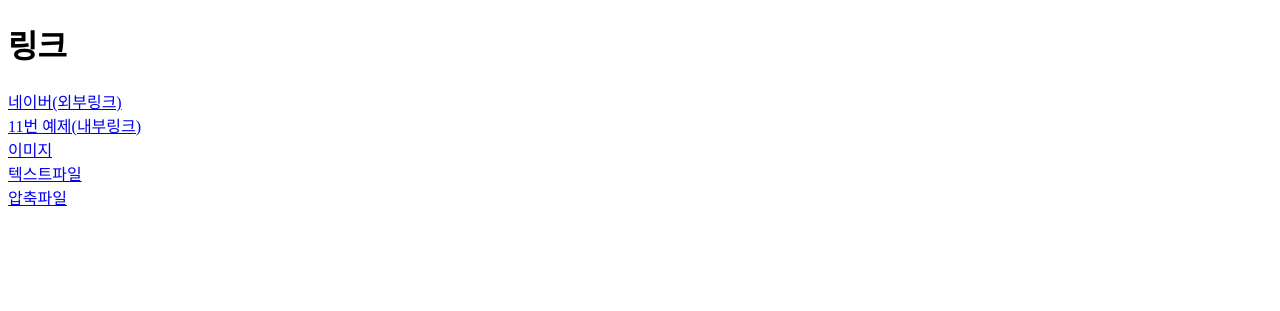
Repository: dnjs0/HCJ
Page: ClientTest/src/main/webapp/ex12_link.html
An editor plug-in stored every save of this project. The page is shown before and after the next save, followed by the edit.
The browser window is 1280 px wide. The pictures show the whole page.

Above is the page before, as saved 2025-02-11 03:31:20.

### ClientTest/src/main/webapp/ex12_link.html
<!DOCTYPE html>
<html lang="ko">
<head>
	<meta charset="UTF-8">
	<title>Insert title here</title>
</head>
<body>
    <!-- ex12_link.html -->
    <!--

        링크, Link
        - <a>, anchor(닻)
        - 쌍태그, 혼합형
        1. Link Tag
        2. Anchor Tag

        a. href
        - HyperText Reference
        - 참조 URL > 이동할 주소
        - 모든 파일 링크 걸수 있다.

        b. target
        - 열거형
        - _blank, _self(default), _top, _parent, 프레임명

     -->
     <h1>링크</h1>
     <a href="https://www.naver.com/">네이버(외부링크)</a><br>
     <a href="ex11_list.html">11번 예제(내부링크)</a><br>
     <a href="images/cat.jpg">이미지</a><br>
     <a href="이름.txt">텍스트파일</a><br>
     <a href="webapp.zip">압축파일</a><br>



</body>
</html>

After the next save:
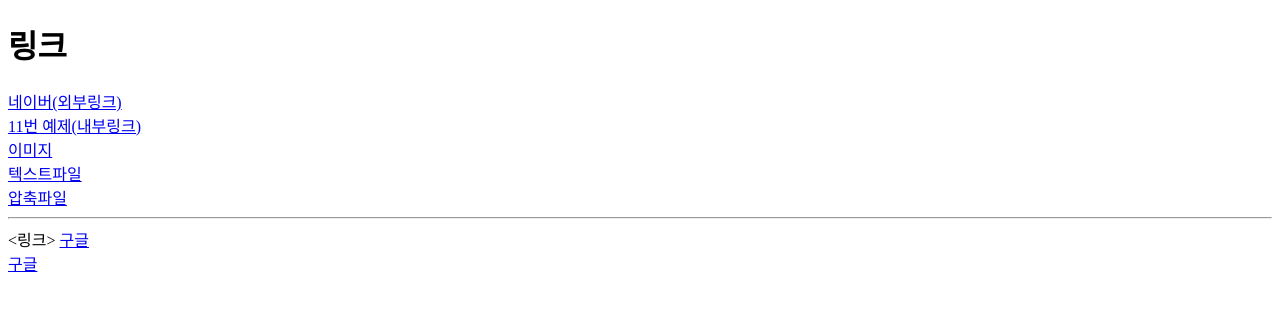
Saved 60 s later.
--- a/ClientTest/src/main/webapp/ex12_link.html
+++ b/ClientTest/src/main/webapp/ex12_link.html
@@ -31,6 +31,14 @@
      <a href="이름.txt">텍스트파일</a><br>
      <a href="webapp.zip">압축파일</a><br>
 
+     <hr>
+
+
+     <링크>
+     <a href="https://www.google.com/" target="_self">구글</a><br>
+     <a href="https://www.google.com/">구글</a><br>
+
+
 
 
 </body>
